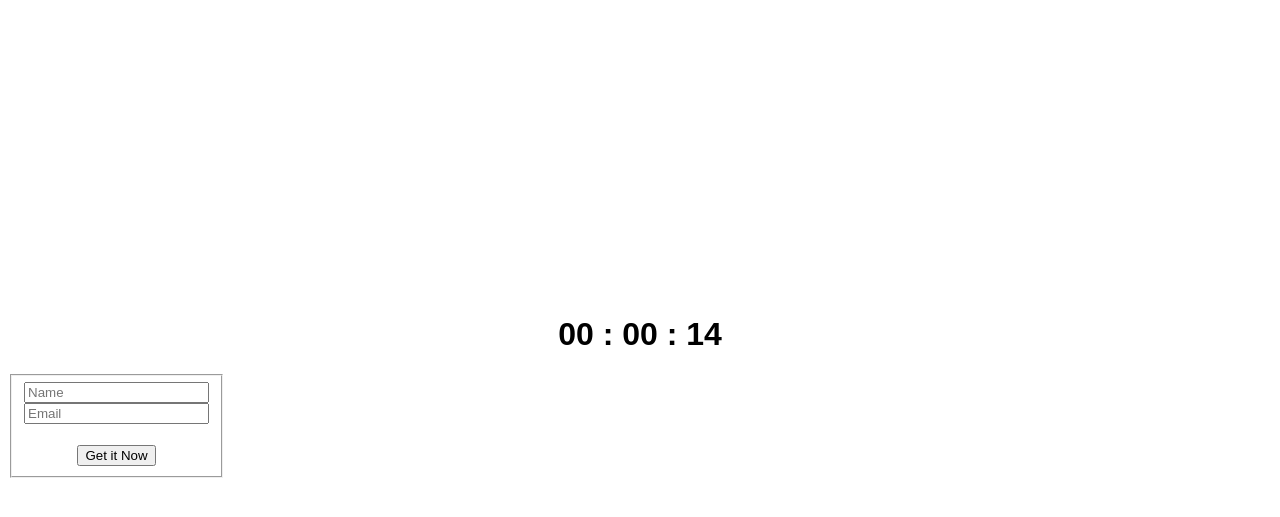
Repository: 43320888/upwork
Page: popup/index.html
The author's editor kept a copy of each file at every save. The page is drawn from the files as they stood at one save, then again after the next save.
The browser window is 1280 px wide. The pictures show the whole page.

Above is the page before, as saved 2019-01-24 15:58:31.

After the next save:
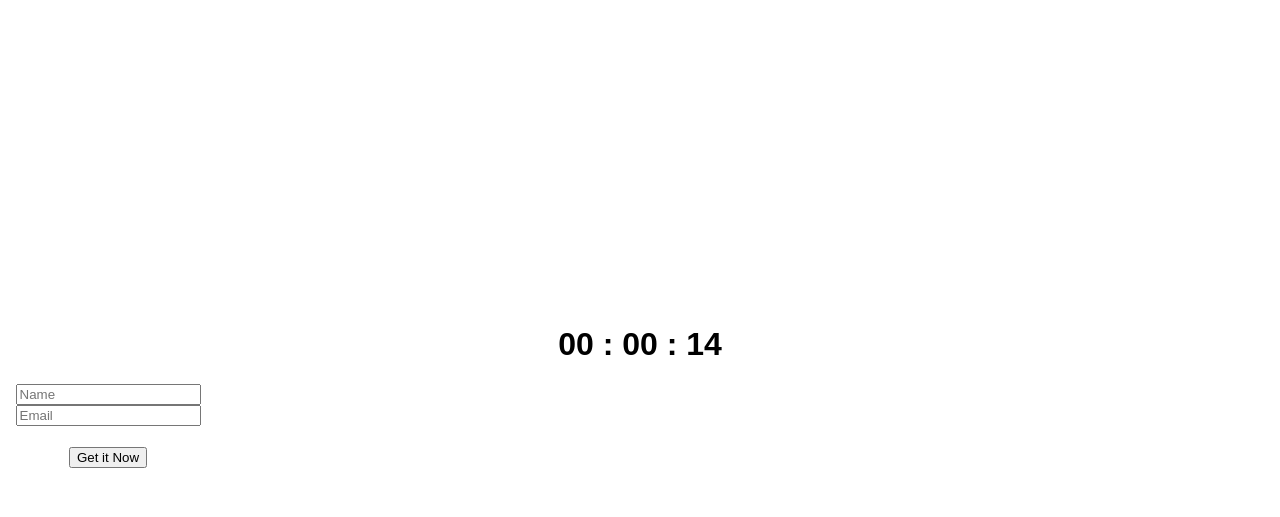
Saved 44 s later.
--- a/popup/index.html
+++ b/popup/index.html
@@ -13,24 +13,18 @@
 			<br><span></span>
 		</h1>
 		<form action="/" method="get">
-			<fieldset>
-				<!--<legend>SOME LEGEND</legend>  -->
 				<div class="tableRow">
-					<!--<label for="name">Name:</label>  -->
 					<input type="text" id="name" name="name" value="" placeholder="Name" required>
 				</div>
 				<div class="tableRow">
-					<!--<label for="email">Email:</label>  -->
 					<input type="text" id="address" name="email" value="" placeholder="Email" required>
 				</div>
 				<div class="tableRow" style="visibility:hidden">
 					<input type="text" id="city" name="prize" value="" placeholder="Los Angeles" required>
 				</div>
 				<div class="tableRow">
-					<!--<label></label>  -->
 					<input type="submit" value="Get it Now">
 				</div>
-			</fieldset>
 		</form>
 	</div>
 	<script>
